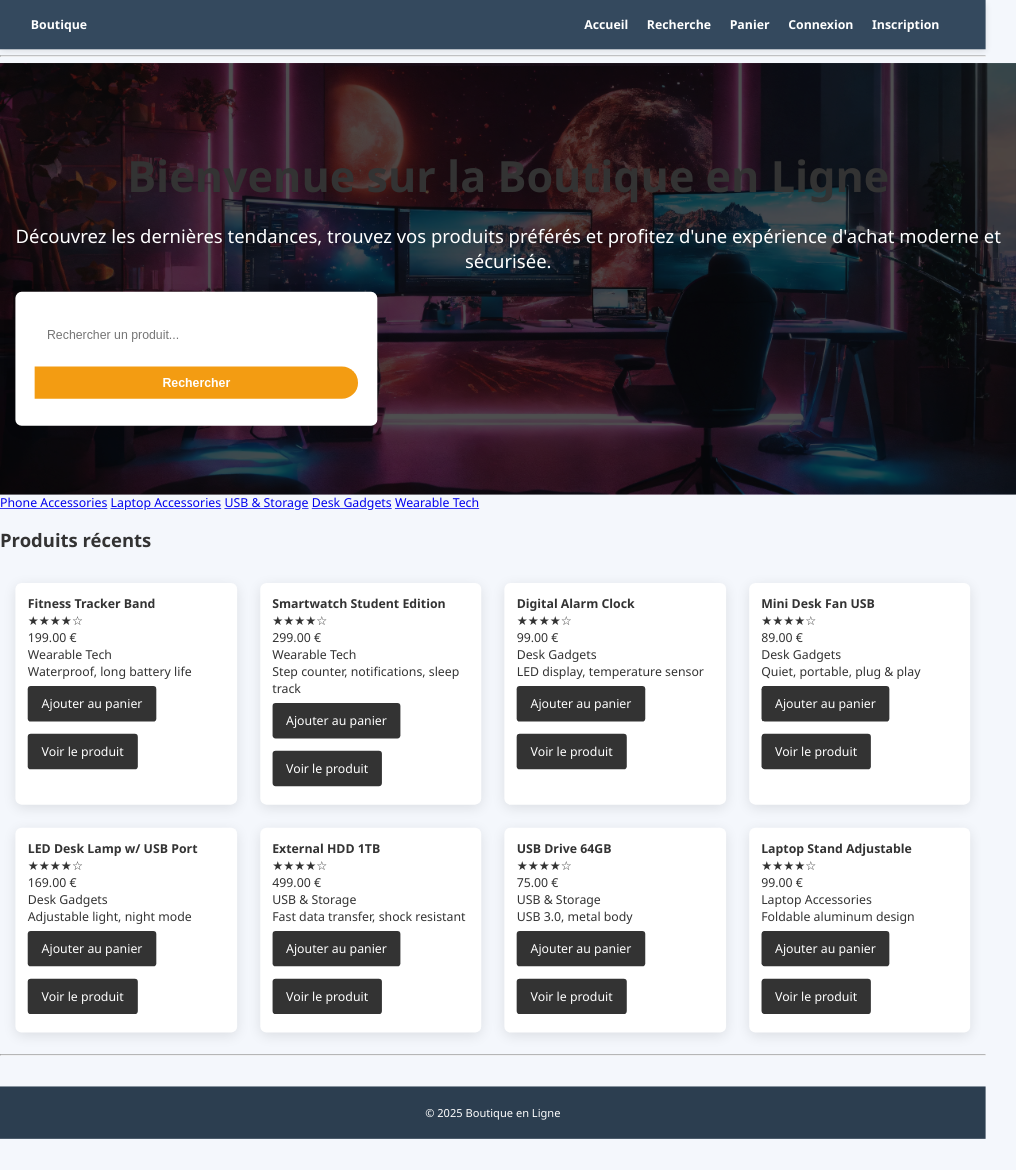
Repository: kiraj-walid/ecomerce
Page: http://localhost/
An editor plug-in stored every save of this project. The page is shown before and after the next save, followed by the edit.
The browser window is 1280 px wide. The page is 1320 px wide, then 1280 px, then 1320 px, so the pictures cover 1320 px, including what lies to the right of the window. The pictures show the whole page, at 77% of full size.
The page is run by PHP 8.4 with error messages shown; the project is at /var/www/html/. The database holds what the project's SQL file puts in it. Queries for data that is not in the repository find no rows.

Above is the page before, as saved 2025-05-07 15:01:20.

After the next save:
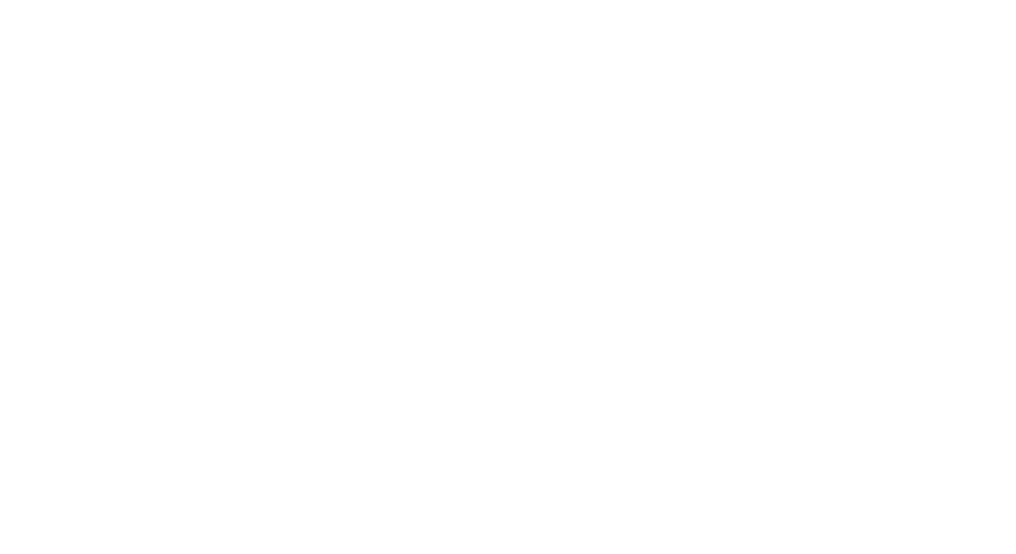
Saved 2 min 28 s later.
--- a/index.php
+++ b/index.php
@@ -1,4 +1,4 @@
-<?php
+<!-- <?php
 require_once 'includes/db.php';
 require_once 'includes/functions.php';
 include 'includes/header.php';
@@ -91,4 +91,4 @@
     </div>
 <?php endif; ?>
 
-<?php include 'includes/footer.php'; ?>
+<?php include 'includes/footer.php'; ?> -->

After the save that followed:
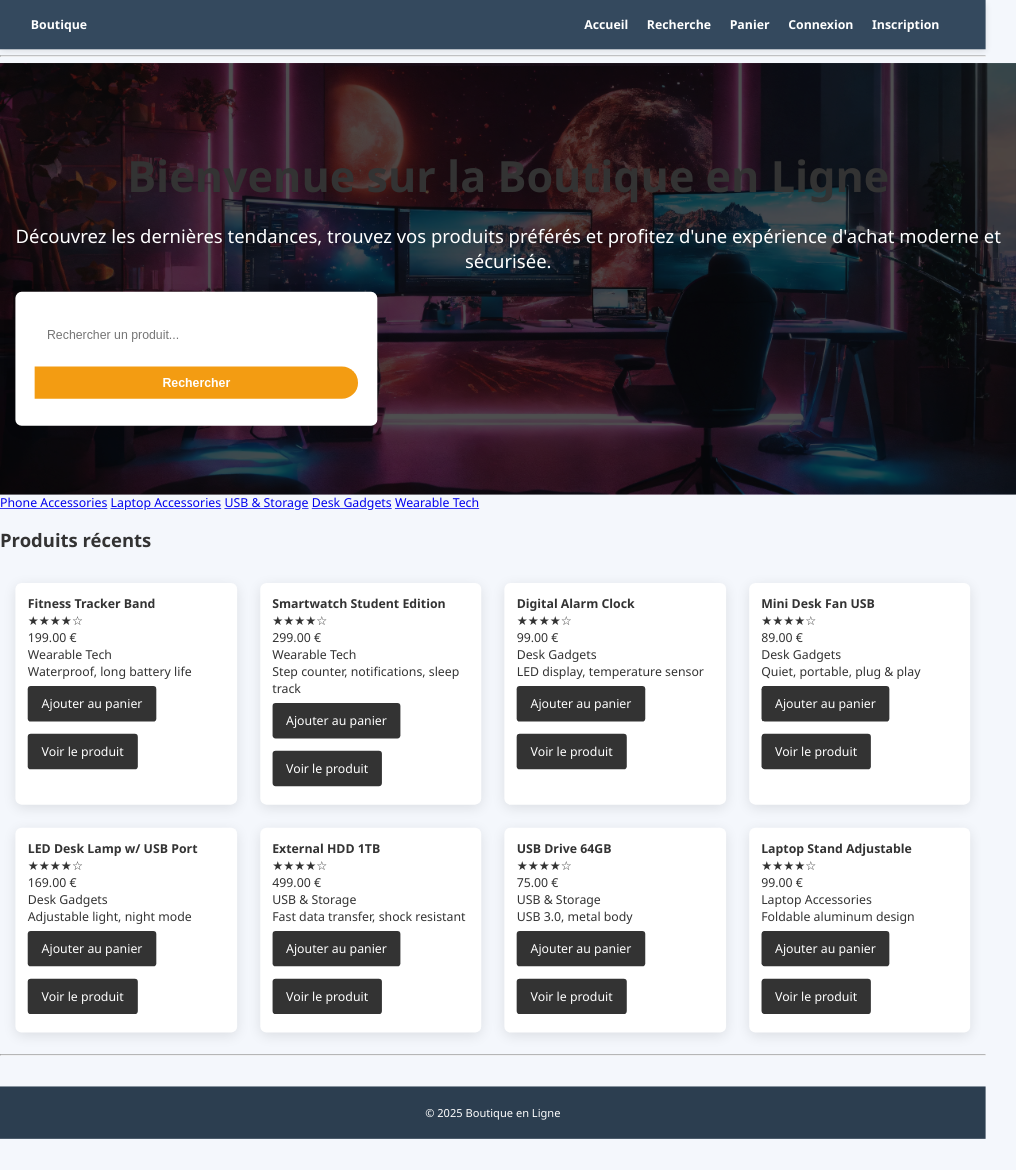
Saved 6 s later.
--- a/index.php
+++ b/index.php
@@ -1,4 +1,4 @@
-<!-- <?php
+<?php
 require_once 'includes/db.php';
 require_once 'includes/functions.php';
 include 'includes/header.php';
@@ -91,4 +91,4 @@
     </div>
 <?php endif; ?>
 
-<?php include 'includes/footer.php'; ?> -->
+<?php include 'includes/footer.php'; ?>
